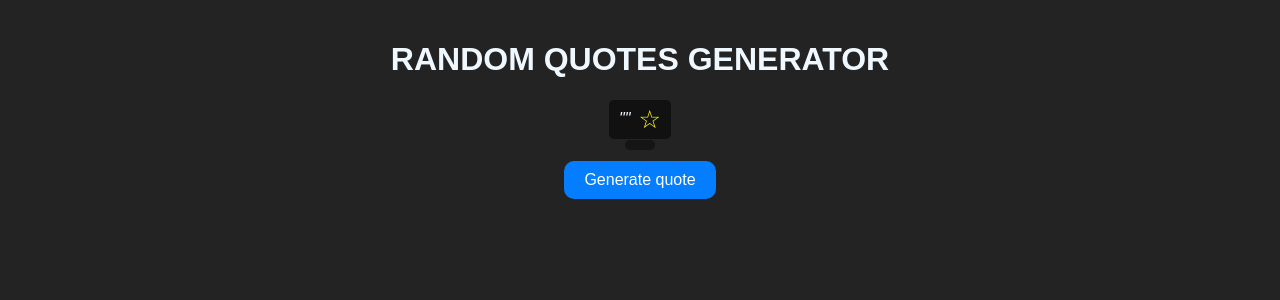
Repository: Adel-la/random-quotes
Page: index.html
These files come from the project's save history. The page is drawn as it stood at one moment and after the next save; the edit follows.
The browser window is 1280 px wide. The pictures show the whole page.

Above is the page before, as saved 2025-06-25 17:53:42.
Console error: SyntaxError: Unexpected token '}'

After the next save:
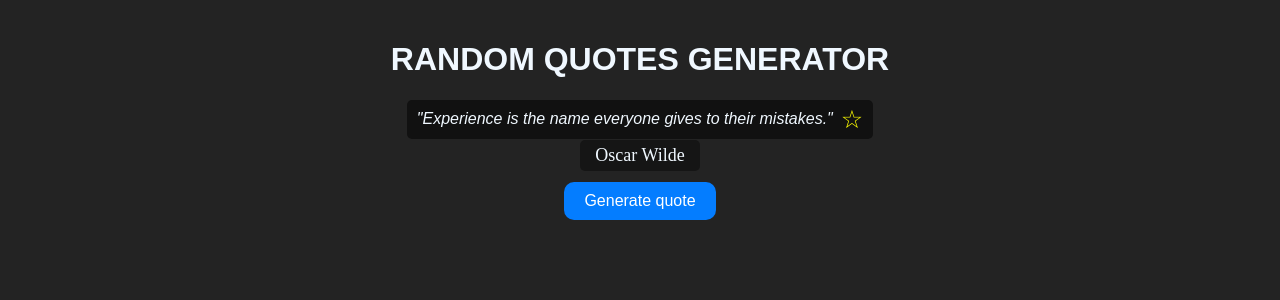
The error is gone.
Saved 10 s later.
--- a/src/handlers/utils.js
+++ b/src/handlers/utils.js
@@ -7,7 +7,7 @@
 
 export function setQuoteId(quotes){
   return quotes.forEach(quote => {
-    quote.id = generateHexId(),
+    quote.id = generateHexId()
   })
 }
 
